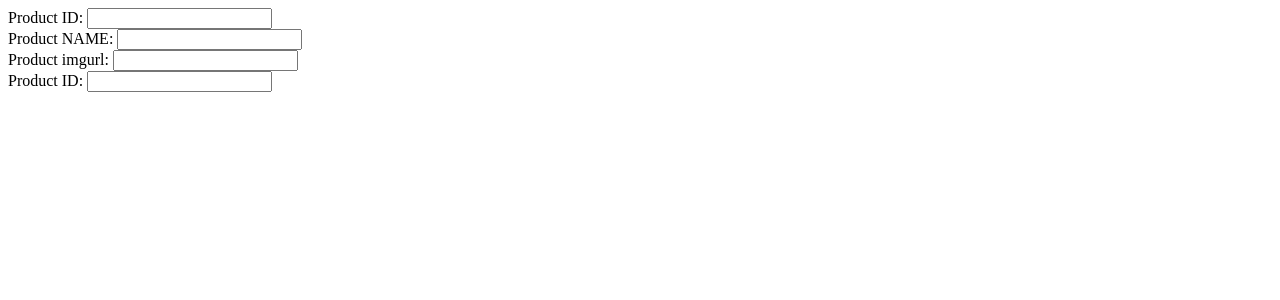
Repository: saikrishnaDsk/DelNex4D
Page: http://localhost/sprhibboot/views/Products.jsp
An editor plug-in stored every save of this project. The page is shown before and after the next save, followed by the edit.
The browser window is 1280 px wide. The pictures show the whole page.
The page is served by Tomcat 9. Other server files are loaded and not shown.

Above is the page before, as saved 2020-01-15 11:31:48.

### Finalapplication/sprhibboot/src/main/webapp/views/Products.jsp
<%@ page language="java" contentType="text/html; charset=ISO-8859-1"
    pageEncoding="ISO-8859-1"%>
<!DOCTYPE html>
<html>
<head>
<meta charset="ISO-8859-1">
<title>Products</title>
</head>
<body>
Product ID: <input type="text" name="pid"><br>
Product NAME: <input type="text" name="name"><br>

Product imgurl: <input type="text" name="pid"><br>

Product ID: <input type="text" name="pid"><br>

</body>
</html>

After the next save:
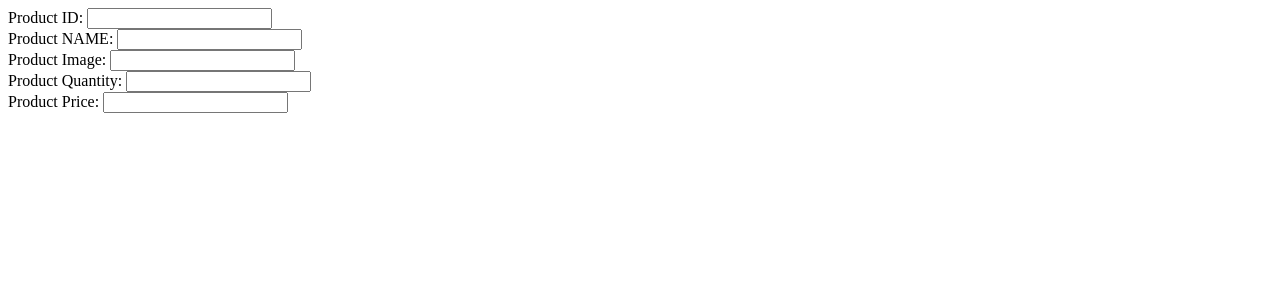
Saved 36 s later.
--- a/Finalapplication/sprhibboot/src/main/webapp/views/Products.jsp
+++ b/Finalapplication/sprhibboot/src/main/webapp/views/Products.jsp
@@ -10,9 +10,11 @@
 Product ID: <input type="text" name="pid"><br>
 Product NAME: <input type="text" name="name"><br>
 
-Product imgurl: <input type="text" name="pid"><br>
+Product Image: <input type="text" name="image"><br>
 
-Product ID: <input type="text" name="pid"><br>
+Product Quantity: <input type="text" name="quantity"><br>
+Product Price: <input type="text" name="price"><br>
+
 
 </body>
 </html>
